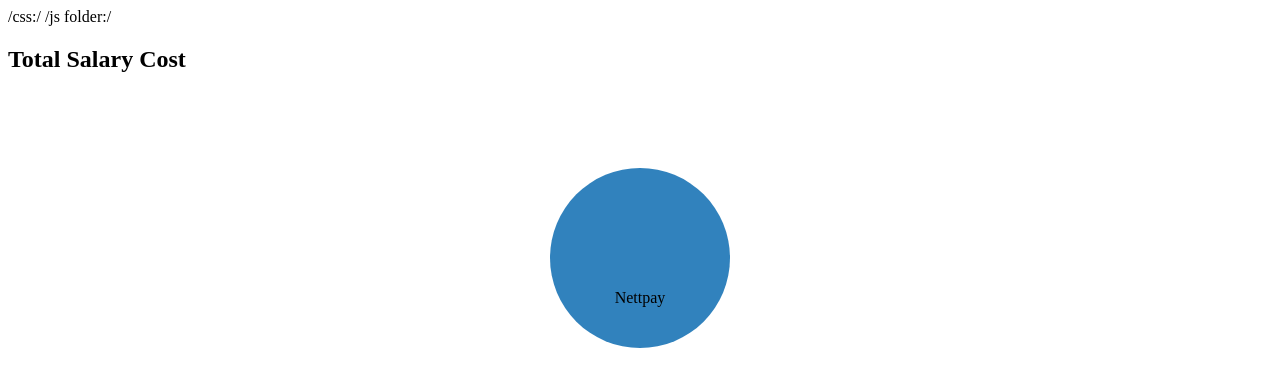
Repository: Code-Institute-Submissions/danfiliphoff-Milestoneproject-2
Page: index.html
The author's editor kept a record of every edit. The page is drawn from the files as they stood at one moment, then again after the next edit.
The browser window is 1280 px wide. The pictures show the whole page.

Above is the page before.

### index.html
<!DOCTYPE html>
<html lang="en">
<head>
    <meta charset="UTF-8">
    <meta name="viewport" content="width=device-width, initial-scale=1.0">
    <meta http-equiv="X-UA-Compatible" content="ie=edge">
    <title>Payroll Dashboard</title>
    /css:/
    <link rel="stylesheet" href="static/css/style.css" type="text/css" />
    <link rel="stylesheet" href="" type="text/css" />
    /js folder:/
    <script type="text/javascript" src="static/js/d3.min.js"></script>
    <script type="text/javascript" src="static/js/crossfilter.min.js"></script>
    <script type="text/javascript" src="static/js/dc.min.js"></script>
    <script type="text/javascript" src="static/js/queue.min.js"></script>
    <script type="text/javascript" src="static/js/graphs.js"></script>
</head>

<body>
    <header>
    </header>
    <!--*****Graphs******-->
    <div>
        <!--*****Pie Chart******-->
        <div>
            <h2>Total Salary Cost</h2>
            <div id="total-cost-pie-chart"></div>
        </div>
    </div>

    <footer>
    </footer>

</body>
</html>

### static/js/graphs.js
/*väntar med att skapa graf tills data är laddat*/
queue()
    .defer(d3.csv, "data/payroll.data.csv")
    .await(makeGraphs);

/*skapar graf och hämtar data*/
function makeGraphs(error, payrollData) {
    var ndx = crossfilter(payrollData);
    var type_dim  = ndx.dimension(function (d) {return ((d["Type"] = "Taxes") && (d["Type"] = "Nettpay")) ;});
    var total_cost_pie_chart = type_dim.group().reduceSum(dc.pluck('Sum'));

     /*var type_dim = ndx.dimension(function(d) { return d["Type"] = "Taxes"} &&  );
    /*varför inte skapa en dimension för varje av de 3 jag vill ha? type=xx */

    /*var type_dim_filter = function(type_dim){return d.Type = if };*/

    /* var payroll cost. för varje cell i excellen sparas som var payroll cost. den avriabeln stämms sedan av mot de data jag vill ha
    var payroll_cost;
    går igenom varje cell (payroll_cost) of ndx och utför if else statemwent för varje cell
    for (payroll_cost of ndx){
        if (payroll_cost = "Taxes"){dc.pluck('Sum')}
        else if (payroll_cost = "Social Security Fees"){dc.pluck('Sum')}
        else if (payroll_cost = "Nettpay"){dc.pluck('Sum')}
    }
     tror att dc.pluck('Sum')} ovan är fel. måste addera ihopp summorna på annat sätt*/


    dc.pieChart('#total-cost-pie-chart')
        .height(330)
        .radius(90)
        .transitionDuration(1500)
        .dimension(type_dim)
        .group(total_cost_pie_chart);

    dc.renderAll();

}

Loaded but not shown: static/js/d3.min.js (library); static/js/crossfilter.min.js (library); static/js/dc.min.js (library); static/js/queue.min.js (common file); static/css/style.css (no copy from this time; the picture is the same without it)

After the next edit:
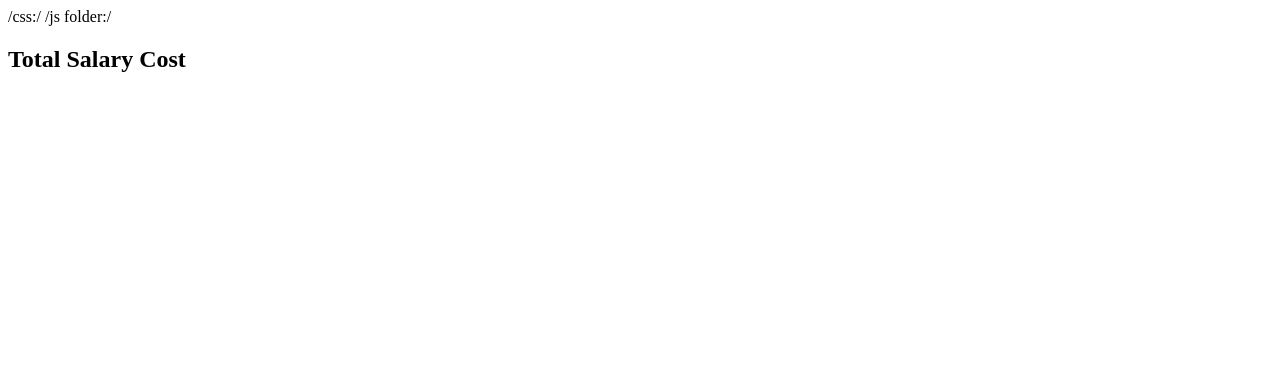
Console error: SyntaxError: Unexpected end of input
The edit:
--- a/static/js/graphs.js
+++ b/static/js/graphs.js
@@ -23,15 +23,3 @@
         else if (payroll_cost = "Nettpay"){dc.pluck('Sum')}
     }
      tror att dc.pluck('Sum')} ovan är fel. måste addera ihopp summorna på annat sätt*/
-
-
-    dc.pieChart('#total-cost-pie-chart')
-        .height(330)
-        .radius(90)
-        .transitionDuration(1500)
-        .dimension(type_dim)
-        .group(total_cost_pie_chart);
-
-    dc.renderAll();
-
-}

After the edit that followed:
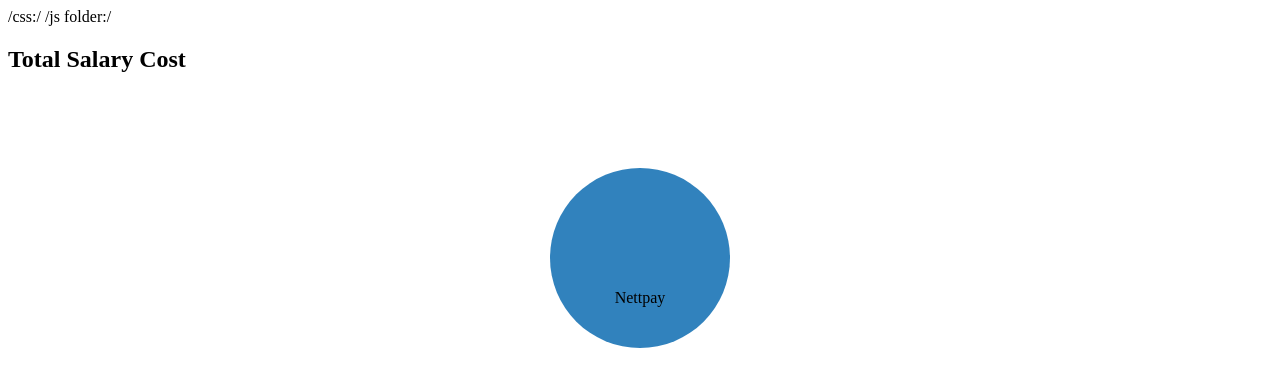
The error is gone.
The edit:
--- a/static/js/graphs.js
+++ b/static/js/graphs.js
@@ -8,6 +8,17 @@
     var ndx = crossfilter(payrollData);
     var type_dim  = ndx.dimension(function (d) {return ((d["Type"] = "Taxes") && (d["Type"] = "Nettpay")) ;});
     var total_cost_pie_chart = type_dim.group().reduceSum(dc.pluck('Sum'));
+
+dc.pieChart('#total-cost-pie-chart')
+        .height(330)
+        .radius(90)
+        .transitionDuration(1500)
+        .dimension(type_dim)
+        .group(total_cost_pie_chart);
+
+    dc.renderAll();
+
+}
 
      /*var type_dim = ndx.dimension(function(d) { return d["Type"] = "Taxes"} &&  );
     /*varför inte skapa en dimension för varje av de 3 jag vill ha? type=xx */
